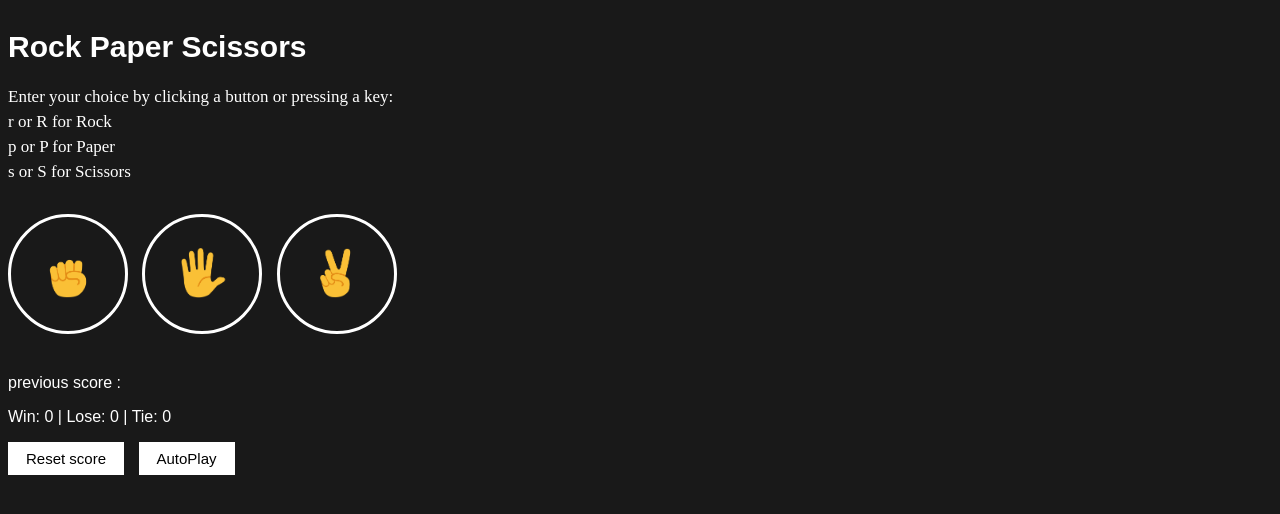
Repository: Gaurav124937/javascript
Page: html/08-rock-paper-scissors-evetlistner.html
An editor plug-in stored every save of this project. The page is shown before and after the next save, followed by the edit.
The browser window is 1280 px wide. The pictures show the whole page.

Above is the page before, as saved 2026-04-06 21:39:46.

### html/08-rock-paper-scissors-evetlistner.html
<!DOCTYPE html>
<html lang="en">

<head>
    <meta charset="UTF-8">
    <meta name="viewport" content="width=device-width, initial-scale=1.0">
    <title>Document</title>
    <link rel="stylesheet" href="../css/rock-paper-scisssor-autoplay.css">
</head>



<body>
    <p class="title">Rock Paper Scissors</p>
    <p class="instructions">Enter your choice by clicking a button or pressing a key:</p>
    <p class="instructions">r or R for Rock</p>
    <p class="instructions">p or P for Paper</p>
    <p class="instructions">s or S for Scissors</p>
    <button  class="game-button rock-button">
        <img src="../images/rock-emoji.png" class="button-emoji"></button>
    <button  class="game-button paper-button">
        <img src="../images/paper-emoji.png" class="button-emoji"></button>
    <button  class="game-button scissors-button">
        <img src="../images/scissors-emoji.png" class="button-emoji"></button>
    <p class="displayresult"></p>
    <p class="choices"></p>
    <p class="js-previous-score previous"> previous score :</p>
    <p class="score-display"></p>
    <button onclick="resetScore() " class="reset-score">Reset score</button>
    <button onclick="autoPlay()" class="auto-play-button">AutoPlay</button>
    <script src="../js/rock-paper-scisssor-autoplay-eventlistner.js"></script>
</body>


</html>

### css/rock-paper-scisssor-autoplay.css
body {
    font-family: Arial, sans-serif;
    color: white;
    background-color: rgb(25, 25, 25);
}

.title {
    font-size: 30px;
    font-weight: bold;
    margin-bottom: 30px;
}

.game-button {
    width: 120px;
    height: 120px;
    border-radius: 90px;
    background-color: rgb(25, 25, 25);
    border: 3px solid white;
    margin-right: 10px;
    cursor: pointer;
    margin-top: 20px;
}

.button-emoji {
    width: 50px;
}

.result-display {
    font-size: 25px;
    font-weight: bold;
    margin-top: 50px;
}

.choice-display {
    font-size: 15px;
    margin-top: 20px;
    vertical-align: top;
}

.previous {
    margin-top: 40px;
}

.reset-score {
    padding: 8px 18px;
    font-size: 15px;
    background-color: white;
    color: black;
    border: none;
    cursor: pointer;
}

.auto-play-button {
    padding: 8px 18px;
    font-size: 15px;
    background-color: white;
    color: black;
    border: none;
    cursor: pointer;
    margin-left: 10px;
}

.instructions {
    color: ;
    font-size: 17px;
    margin-bottom: 20px;
    font-family: 'Times New Roman', Times, serif;
    line-height: 0.3;
}

### js/rock-paper-scisssor-autoplay-eventlistner.js
const score = localStorage.getItem('score') ? JSON.parse(localStorage.getItem('score')) : { win: 0, lose: 0, tie: 0 };

updateScoreElement();

//function to play the game

function ComputerChoice() {
    let randomNumber = Math.random();
    let ComputerChoice = '';
    if (randomNumber > 0 && randomNumber < 1 / 3) {
        ComputerChoice = 'rock';
    } else if (randomNumber > 1 / 3 && randomNumber < 2 / 3) {
        ComputerChoice = 'paper';
    } else {
        ComputerChoice = 'scissors';
    }
    return ComputerChoice;
}


    //main game function
        document.querySelector('.rock-button').addEventListener('click', () => playGame('rock'));
        document.querySelector('.paper-button').addEventListener('click', () => playGame('paper'));
        document.querySelector('.scissors-button').addEventListener('click', () => playGame('scissors'));


        document.body.addEventListener('keydown', (event) => {
            if (event.key === 'r' || event.key === 'R') {
                playGame('rock');
            } else if (event.key === 'p' || event.key === 'P') {
                playGame('paper');
            } else if (event.key === 's' || event.key === 'S') {
                playGame('scissors');
            }
        });



function playGame(playerChoice) {
    document.querySelector('.js-previous-score').innerHTML = '';


    let returnedComputerChoice = ComputerChoice();

    //function to compare choices and determine result
    function copmarison() {
        let result = '';
        if (playerChoice === returnedComputerChoice) {
            score.tie++;
            result = 'Tie';
        } else if (
            (playerChoice === 'rock' && returnedComputerChoice === 'scissors') ||
            (playerChoice === 'paper' && returnedComputerChoice === 'rock') ||
            (playerChoice === 'scissors' && returnedComputerChoice === 'paper')
        ) {
            score.win++;
            result = "You win.";
        } else {
            score.lose++;
            result = "You lose.";
        }
        //store score in local storage
        localStorage.setItem('score', JSON.stringify(score));
        return result;
    }




    //display results on the webpage
    const resultElement = document.querySelector('.displayresult');
    resultElement.innerText = copmarison();
    resultElement.classList.add('result-display');


    //display choices
    const choiceElement = document.querySelector('.choices');

    choiceElement.innerHTML = `You chose: <img src="../images/${playerChoice}-emoji.png" class="button-emoji"> | Computer chose: <img src="../images/${returnedComputerChoice}-emoji.png" class="button-emoji">`;
    choiceElement.classList.add('choice-display');

    //display score
    updateScoreElement();



}
//function to reset score
function resetScore() {
    score.win = 0;
    score.lose = 0;
    score.tie = 0;
    localStorage.removeItem('score');
    alert(`Scores have been reset.`);
    updateScoreElement();
    document.querySelector('.choices').innerText = '';
    document.querySelector('.displayresult').innerText = '';

}

function updateScoreElement() {
    document.querySelector('.score-display').innerText = `Win: ${score.win} | Lose: ${score.lose} | Tie: ${score.tie}`;
}


let isAutoPlaying = false;
let autoPlayInterval;
function autoPlay() {
    if(!isAutoPlaying){
        autoPlayInterval = setInterval(function(){
        let playerMove=ComputerChoice();
        playGame(playerMove);
    }, 1000);
    isAutoPlaying=true;
    }
    else{
        clearInterval(autoPlayInterval);
        isAutoPlaying=false;
    }
}

After the next save:
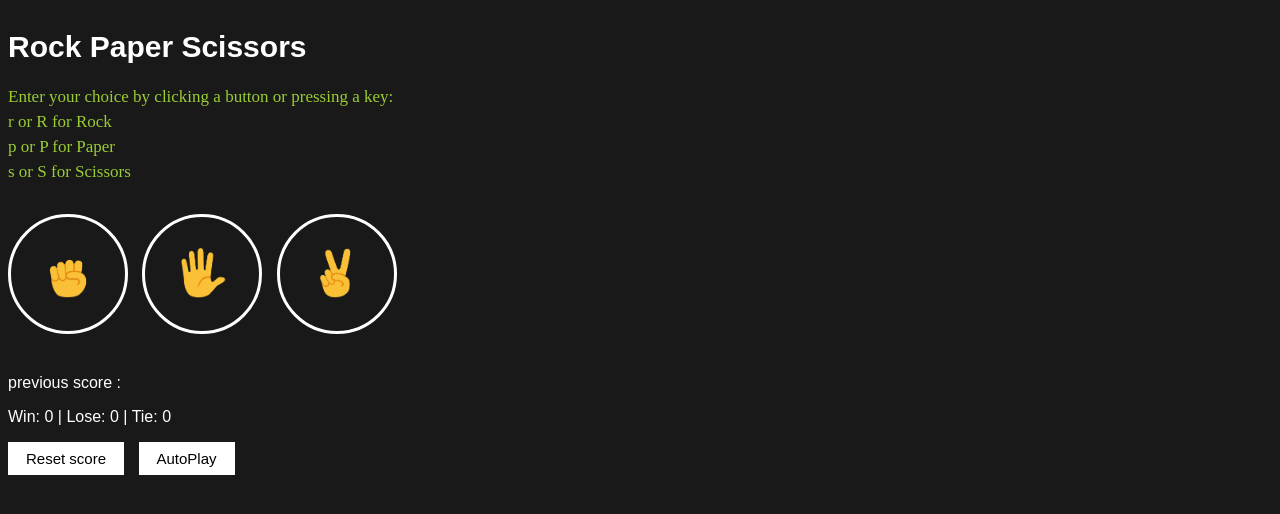
Saved 6 s later.
--- a/css/rock-paper-scisssor-autoplay.css
+++ b/css/rock-paper-scisssor-autoplay.css
@@ -61,7 +61,7 @@ body {
 }
 
 .instructions {
-    color: ;
+    color: yellowgreen;
     font-size: 17px;
     margin-bottom: 20px;
     font-family: 'Times New Roman', Times, serif;
